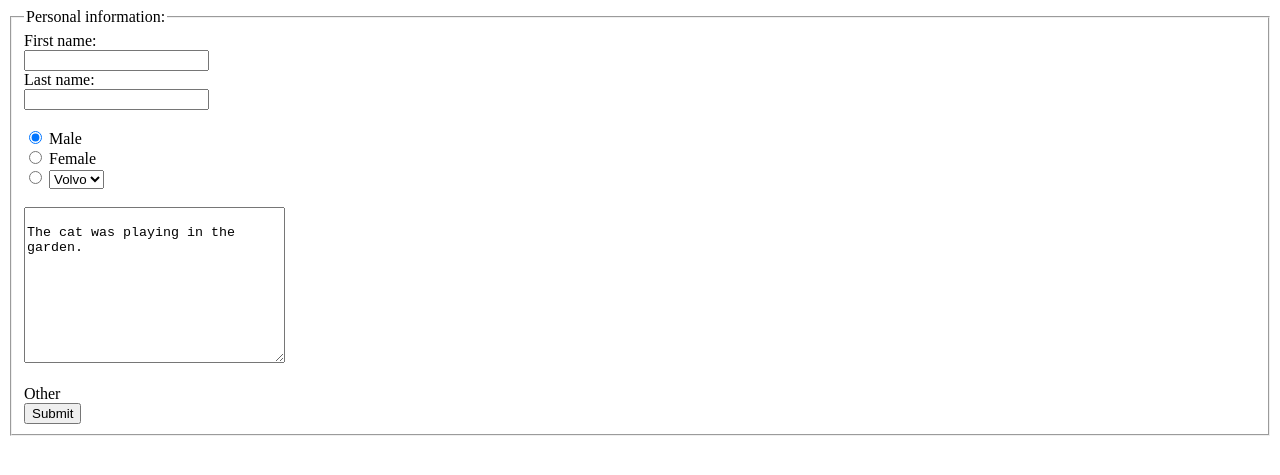
Repository: BaekJiGyeong/JSP
Page: http://localhost/AEA_Lesson0204/list.jsp
An editor plug-in stored every save of this project. The page is shown before and after the next save, followed by the edit.
The browser window is 1280 px wide. The pictures show the whole page.
The page is served by Tomcat 9.

Above is the page before, as saved 2016-02-04 10:55:32.

After the next save:
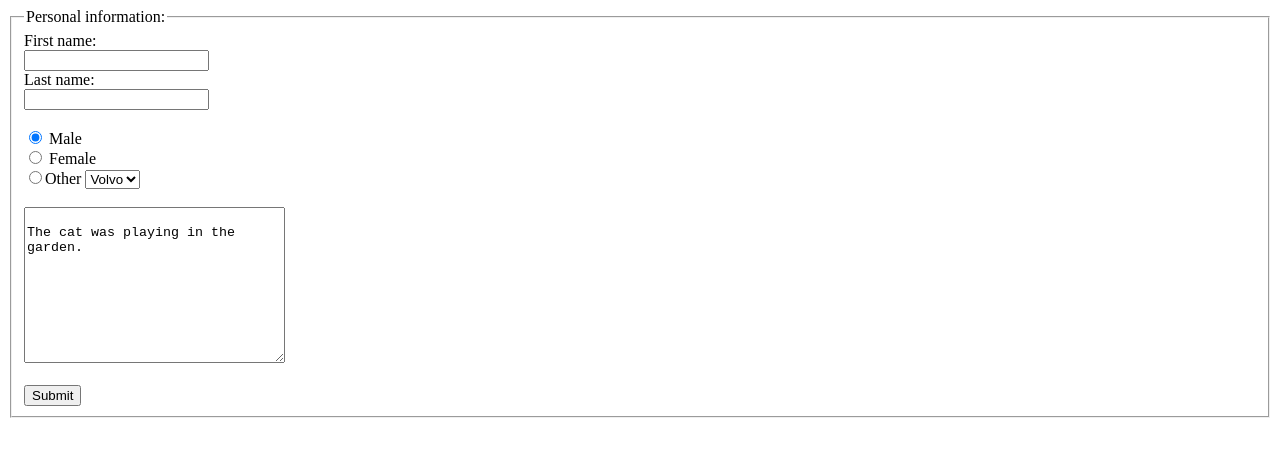
Saved 111 s later.
--- a/AEA_Lesson0204/WebContent/list.jsp
+++ b/AEA_Lesson0204/WebContent/list.jsp
@@ -16,7 +16,7 @@
 
 			<br> <input type="radio" name="gender" value="male" checked>
 			Male<br> <input type="radio" name="gender" value="female">
-			Female<br> <input type="radio" name="gender" value="other">
+			Female<br> <input type="radio" name="gender" value="other">Other
 
 			<select name="cars">
 				<option value="volvo">Volvo</option>
@@ -29,7 +29,7 @@
 			</textarea>
 
 
-			<br> <br> Other <br> <input type="submit"value="Submit">
+			<br> <br> <input type="submit"value="Submit">
 
 
 
